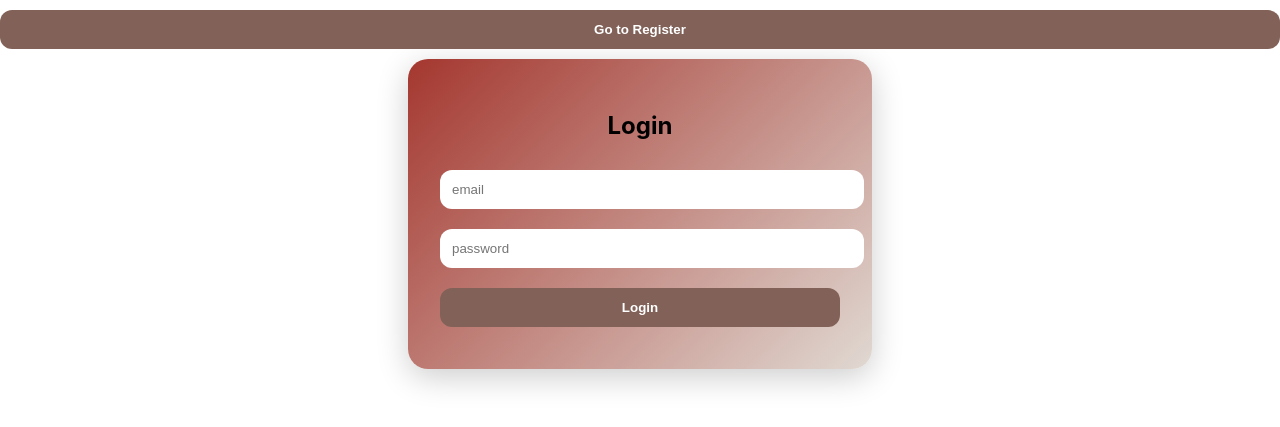
Repository: aab232/https---github.com-aab232-Deferred-Payment-Platform
Page: / (app in frontend/)
The author's editor kept a copy of each file at every save. The page is drawn from the files as they stood at one save, then again after the next save.
The browser window is 1280 px wide. The pictures show the whole page.
The project was rebuilt for these pictures with package versions that can differ from the ones it lists, and the page was loaded fresh each time. Also part of the build but not shown: frontend/src/components/Register.js.

Above is the page before, as saved 2025-03-14 01:23:15.

### frontend/src/App.js
import React, { useState } from "react";
import Register from "./components/Register";
import Login from "./components/Login";

const App = () => {
    const [showLogin, setShowLogin] = useState(true);

    return (
        <div>
            <button onClick={() => setShowLogin(!showLogin)}>
                {showLogin ? "Go to Register" : "Go to Login"}
            </button>
            {showLogin ? <Login /> : <Register />}
        </div>
    );
};

export default App;

### frontend/src/components/Login.js
import React, { useState } from "react";
import axios from "axios";
import "./Login.css"; // Import the CSS for Login page

const Login = () => {
    const [formData, setFormData] = useState({
        email: "",
        password: "",
    });

    const handleChange = (e) => {
        setFormData({ ...formData, [e.target.name]: e.target.value });
    };

    const handleSubmit = async (e) => {
        e.preventDefault();
        try {
            const response = await axios.post("http://localhost:5000/login", formData);
            alert(response.data.message);
        } catch (error) {
            alert(error.response?.data.message || "Login failed.");
        }
    };

    return (
        <div className="container">
            <h2>Login</h2>
            <form onSubmit={handleSubmit}>
                {Object.keys(formData).map((field) => (
                    <input
                        key={field}
                        type={field === "password" ? "password" : "text"}
                        name={field}
                        placeholder={field}
                        value={formData[field]}
                        onChange={handleChange}
                        required
                    />
                ))}
                <button type="submit">Login</button>
            </form>
        </div>
    );
};

export default Login;

### frontend/src/components/Register.css
/* Styling for the Registration Form */
.form-container {
    max-width: 400px;
    margin: auto;
    padding: 2rem;
    background: linear-gradient(135deg, #ffafbd, #ffc3a0);
    border-radius: 20px;
    box-shadow: 0 8px 32px rgba(0, 0, 0, 0.2);
    text-align: center;
  }

  input, button {
    margin: 10px 0;
    padding: 12px;
    width: 100%;
    border-radius: 12px;
    border: none;
  }

  button {
    background-color: #6a11cb;
    color: white;
    font-weight: bold;
    cursor: pointer;
  }

  p {
    cursor: pointer;
    color: #6a11cb;
  }

### frontend/src/components/Login.css
/* Styling for the Login Form */
.container {
    max-width: 400px;
    margin: auto;
    padding: 2rem;
    background: linear-gradient(135deg, #a4372f, #E0D9D2);
    border-radius: 20px;
    box-shadow: 0 8px 32px rgba(0, 0, 0, 0.2);
    text-align: center;
  }

  input, button {
    margin: 10px 0;
    padding: 12px;
    width: 100%;
    border-radius: 12px;
    border: none;
  }

  button {
    background-color: #826258;
    color: white;
    font-weight: bold;
    cursor: pointer;
  }

  p {
    cursor: pointer;
    color: #826258;
  }

Loaded but not shown: frontend/public/index.html (common file); frontend/src/index.js (common file); frontend/src/index.css (common file); frontend/src/reportWebVitals.js (common file)

After the next save:
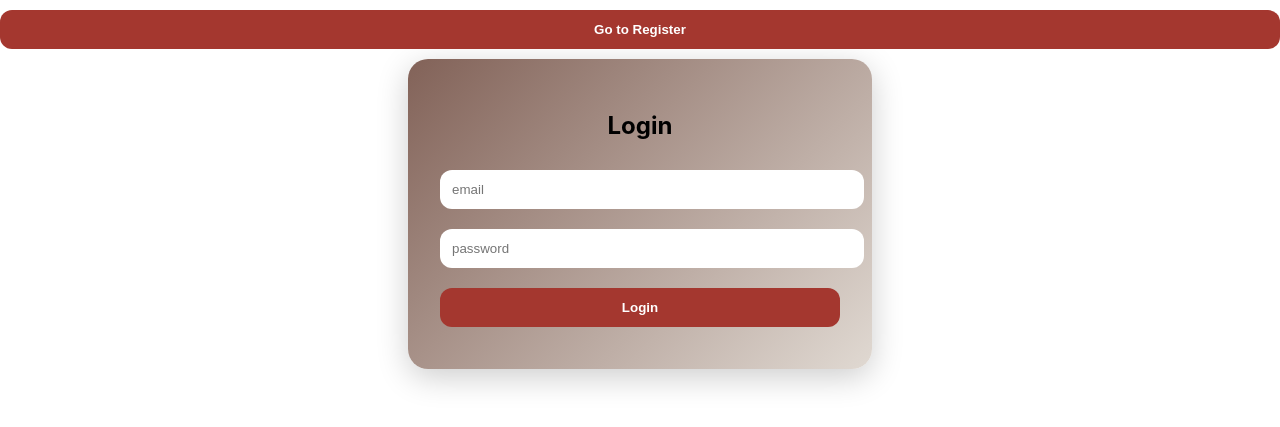
Saved 28 s later.
--- a/frontend/src/components/Login.css
+++ b/frontend/src/components/Login.css
@@ -3,7 +3,7 @@
     max-width: 400px;
     margin: auto;
     padding: 2rem;
-    background: linear-gradient(135deg, #a4372f, #E0D9D2);
+    background: linear-gradient(135deg, #826258, #E0D9D2);
     border-radius: 20px;
     box-shadow: 0 8px 32px rgba(0, 0, 0, 0.2);
     text-align: center;
@@ -18,7 +18,7 @@
   }
 
   button {
-    background-color: #826258;
+    background-color: #a4372f;
     color: white;
     font-weight: bold;
     cursor: pointer;
@@ -26,5 +26,5 @@
 
   p {
     cursor: pointer;
-    color: #826258;
+    color: #a4372f;
   }
